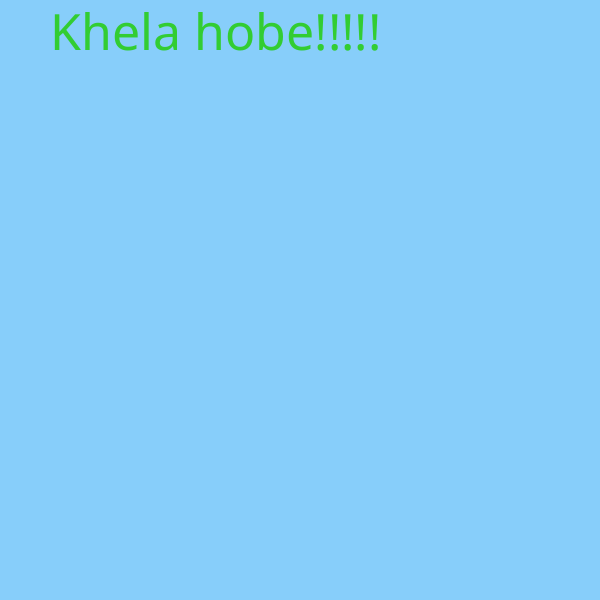
Repository: SaidurIUT/JavaFX
Program's window: java learnStagess/src/hellofx/Main.java
These files come from the project's save history. The program's window is drawn as it stood at one moment and after the next save; the edit follows.
It runs on Java 21 on a 1366 x 768 screen with JavaFX 11; the title bar is not drawn. It also reads learnStagess/src/tiger.png.

Above is the program's window before, as saved 2024-03-17 17:59:52.

### learnStagess/src/hellofx/Main.java
package hellofx;

import javafx.application.Application;
import javafx.fxml.FXMLLoader;
import javafx.scene.Group;
import javafx.scene.Parent;
import javafx.scene.Scene;
import javafx.scene.image.Image;
import javafx.scene.paint.Color;
import javafx.scene.shape.Line;
import javafx.scene.text.Font;
import javafx.scene.text.Text;
import javafx.stage.Stage;

public class Main extends Application {



    public static void main(String[] args) {
    	launch(args);


    }

    @Override
    public void start(Stage stage) throws Exception{
    	//Stage stage = new Stage();
    	Group root = new Group();
    	Scene scene = new Scene(root,600,600,Color.LIGHTSKYBLUE);


    	Image icon = new Image("tiger.png");
    	stage.getIcons().add(icon);


    	stage.setTitle("Stage learning programme");


    	Text text =new Text();
    	text.setText("Khela hobe!!!!!");
    	text.setX(50);
    	text.setY(50);
    	text.setFont(Font.font("Verdana",50));
    	text.setFill(Color.LIMEGREEN);


    	Line line = new Line();
    	line.setStartX(200);
    	line.setStartY(200);
    	line.setEndX(400);
    	line.setEndY(400);


    	root.getChildren().add(text);

    	stage.setScene(scene);
    	stage.show();
    }
}

After the next save:
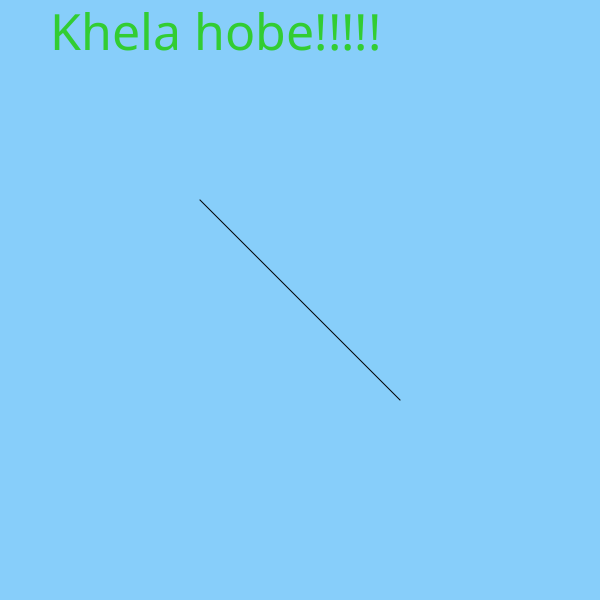
Saved 40 s later.
--- a/learnStagess/src/hellofx/Main.java
+++ b/learnStagess/src/hellofx/Main.java
@@ -52,6 +52,7 @@
 
 
     	root.getChildren().add(text);
+    	root.getChildren().add(line);
 
     	stage.setScene(scene);
     	stage.show();
